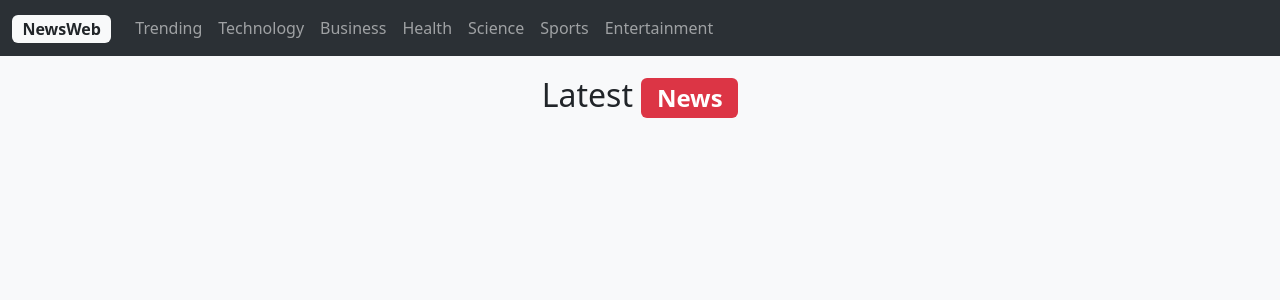
Repository: Abhilash2909/NewsWeb
Page: /
The author's editor kept a copy of each file at every save. The page is drawn from the files as they stood at one save, then again after the next save.
The browser window is 1280 px wide. The pictures show the whole page.
The page's requests for data from a server got no answer. The project was rebuilt for these pictures with package versions that can differ from the ones it lists, and the page was loaded fresh each time. No one was signed in, and anything a server would have sent is missing. Also part of the build but not shown: vite.config.js, src/Components/NewsItem.jsx, src/App.css.

Above is the page before, as saved 2024-05-22 23:31:09.

### index.html
<!doctype html>
<html lang="en">
  <head>
    <meta charset="UTF-8" />
    <link href="https://cdn.jsdelivr.net/npm/bootstrap@5.3.3/dist/css/bootstrap.min.css" rel="stylesheet" integrity="sha384-QWTKZyjpPEjISv5WaRU9OFeRpok6YctnYmDr5pNlyT2bRjXh0JMhjY6hW+ALEwIH" crossorigin="anonymous">
    <meta name="viewport" content="width=device-width, initial-scale=1.0" />
    <title>News Web</title>
  </head>
  <body>
    <div id="root"></div>
    <script type="module" src="/src/main.jsx"></script>
    <script src="https://cdn.jsdelivr.net/npm/bootstrap@5.3.3/dist/js/bootstrap.bundle.min.js" integrity="sha384-YvpcrYf0tY3lHB60NNkmXc5s9fDVZLESaAA55NDzOxhy9GkcIdslK1eN7N6jIeHz" crossorigin="anonymous"></script>
  </body>
</html>

### src/main.jsx
import React from 'react'
import ReactDOM from 'react-dom/client'
import App from './App.jsx'
import './index.css';
import './App.css';

ReactDOM.createRoot(document.getElementById('root')).render(
  <React.StrictMode>
    <App />
  </React.StrictMode>
)

### src/App.jsx
import { useState } from "react"
import Navbar from "./Components/Navbar"
import NewsBoard from "./Components/NewsBoard"

const App = () => {
  const [category, setCategory] = useState("general")
  return (
    <>
      <Navbar setCategory={setCategory}/>
      <NewsBoard category={category}/>
    </>
  )
}

export default App

### src/index.css
body {
    background-color: #f8f9fa;
    color: #212529;
    margin: 0; /* Ensure the body takes up the full height and has no overflow */
    padding: 0;
    box-sizing: border-box;
    height: 100%;
    overflow-x: hidden;
}

.navbar {
    margin-bottom: 20px;
}

.news-feed {
    display: flex;
    flex-wrap: wrap;
    justify-content: center;
}

.card {
    margin: 10px;
    transition: transform 0.2s ease-in-out;
}

.card:hover {
    transform: scale(1.05);
}

.news-card {
    max-width: 345px;
    min-height: 450px;
    display: flex;
    flex-direction: column;
    justify-content: space-between;
}

.news-card img {
    height: 200px;
    width: 100%;
    object-fit: cover;
}

.news-card .card-body {
    display: flex;
    flex-direction: column;
    justify-content: space-between;
}

.news-card .card-text {
    flex-grow: 1;
}

/* New CSS added */
.news-grid {
    display: grid;
    grid-template-columns: repeat(auto-fill, minmax(345px, 1fr));
    gap: 16px;
    justify-items: center;
    padding: 16px;
}

/* Ensure the html and root div take up the full height */
html, #root {
    height: 100%;
}

### src/Components/Navbar.jsx

// const Navbar = ({setCategory}) => {
//   return (

//     <nav className="navbar navbar-expand-lg bg-body-tertiary" data-bs-theme="dark">

//   <div className="container-fluid">

//     <a className="navbar-brand" href="#"><span className="badge bg-light text-dark fs-6">NewsWeb</span></a>

//     <button className="navbar-toggler" type="button" data-bs-toggle="collapse" data-bs-target="#navbarNav" aria-controls="navbarNav" aria-expanded="false" aria-label="Toggle navigation">
//       <span className="navbar-toggler-icon"></span>
//     </button>


//     {/* <div className="collapse navbar-collapse" id="navbarNav"> */}
//       <ul className="navbar-nav">
//         <li className="nav-item">
//           {/* <div className="nav-link" href="#" onClick={()=>setCategory("technology")}>Technology</div> */}
//           {/* <a className="navbar-brand" href="#"><span className="badge bg-light text-dark fs-6">Technology</span></a> */}
//           <a className="nav-link" onClick={()=>setCategory("Technology")}>Technology</a>
//         </li>
//         <li className="nav-item">
//           {/* <div className="nav-link" onClick={()=>setCategory("business")}>Business</div> */}
//           {/* <a className="navbar-brand" href="#"><span className="badge bg-light text-dark fs-6">Business</span></a> */}
//           <a className="nav-link" onClick={()=>setCategory("Business")}>Business</a>
//         </li>

//         <li className="nav-item">
//           {/* <div className="nav-link" onClick={()=>setCategory("health")}>Health</div> */}
//           <a className="nav-link" onClick={()=>setCategory("health")}>Health</a>
//         </li>

//         <li className="nav-item">
//           {/* <div className="nav-link" onClick={()=>setCategory("science")}>Science</div> */}
//           {/* <a className="navbar-brand" href="#"><span className="badge bg-light text-dark fs-6">Science</span></a> */}
//           <a className="nav-link" onClick={()=>setCategory("Science")}>Science</a>
//         </li>

//         {/* <li className="nav-item"> */}
//           {/* <div className="nav-link" onClick={()=>setCategory("sports")}>Sports</div> */}
//           {/* <a className="navbar-brand" href="#"><span className="badge bg-light text-dark fs-6">Sports</span></a> */}
//           <a className="nav-link" onClick={()=>setCategory("Sports")}>Sports</a>
//         {/* </li> */}

//         {/* <li className="nav-item"> */}
//           {/* <div className="nav-link" onClick={()=>setCategory("entertainment")}>Entertainment</div> */}
//           {/* <a className="navbar-brand" href="#"><span className="badge bg-light text-dark fs-6">Entertainment</span></a> */}
//           <a className="nav-link" onClick={()=>setCategory("Entertainment")}>Entertainment</a>
//         {/* </li> */}



//       </ul>
//     </div>
//   {/* </div> */}

// </nav>
//   )
// }

// export default Navbar



const Navbar = ({ setCategory }) => {
  return (
    <nav className="navbar navbar-expand-lg bg-body-tertiary" data-bs-theme="dark">
      <div className="container-fluid">
        <a className="navbar-brand" href="#"><span className="badge bg-light text-dark fs-6">NewsWeb</span></a>
        <button className="navbar-toggler" type="button" data-bs-toggle="collapse" data-bs-target="#navbarNav" aria-controls="navbarNav" aria-expanded="false" aria-label="Toggle navigation">
          <span className="navbar-toggler-icon"></span>
        </button>
        <div className="collapse navbar-collapse" id="navbarNav">
          <ul className="navbar-nav">
            <li className="nav-item">
              <div className="nav-link" onClick={() => setCategory("trending")}>Trending</div>
            </li>
            <li className="nav-item">
              <div className="nav-link" onClick={() => setCategory("technology")}>Technology</div>
            </li>
            <li className="nav-item">
              <div className="nav-link" onClick={() => setCategory("business")}>Business</div>
            </li>
            <li className="nav-item">
              <div className="nav-link" onClick={() => setCategory("health")}>Health</div>
            </li>
            <li className="nav-item">
              <div className="nav-link" onClick={() => setCategory("science")}>Science</div>
            </li>
            <li className="nav-item">
              <div className="nav-link" onClick={() => setCategory("sports")}>Sports</div>
            </li>
            <li className="nav-item">
              <div className="nav-link" onClick={() => setCategory("entertainment")}>Entertainment</div>
            </li>
          </ul>
        </div>
      </div>
    </nav>
  );
}

export default Navbar;

### src/Components/NewsBoard.jsx
// import { useEffect, useState } from "react";
// import NewsItem from "./NewsItem";

// const NewsBoard = ({ category }) => {
//     const [articles, setArticles] = useState([]);

//     useEffect(() => {
//         let url = `https://newsapi.org/v2/top-headlines?country=in&category=${category}&apiKey=${import.meta.env.VITE_API_KEY}`;
//         fetch(url).then(response => response.json()).then(data => setArticles(data.articles));
//     }, [category]);

//     return (
//         <div>
//             <h2 className="text-center">Latest <span className="badge bg-danger">News</span></h2>
//             <div className="news-grid">
//                 {articles.map((news, index) => {
//                     return <NewsItem key={index} title={news.title} description={news.description} src={news.urlToImage} url={news.url} />
//                 })}
//             </div>
//         </div>
//     );
// }

// export default NewsBoard;





import React from 'react';
import NewsList from './NewsList';

const NewsBoard = ({ category }) => {
    return (
        <div>
            <h2 className="text-center">Latest <span className="badge bg-danger">News</span></h2>
            <NewsList category={category} />
        </div>
    );
}

export default NewsBoard;

### src/Components/NewsList.jsx
import { useEffect, useState } from 'react';
import NewsItem from './NewsItem';

const NewsList = ({ category }) => {
    const [articles, setArticles] = useState([]);

    useEffect(() => {
        const fetchNews = async () => {
            try {
                const url = `https://newsapi.org/v2/top-headlines?country=in&category=${category}&apiKey=${import.meta.env.VITE_API_KEY}`;
                const response = await fetch(url);
                const data = await response.json();
                setArticles(data.articles);
            } catch (error) {
                console.error("Error fetching news:", error);
            }
        };

        fetchNews();
    }, [category]);

    return (
        <div className="news-grid">
            {articles.map((news, index) => (
                <NewsItem
                    key={index}
                    title={news.title}
                    description={news.description}
                    src={news.urlToImage}
                    url={news.url}
                />
            ))}
        </div>
    );
}

export default NewsList;

After the next save:
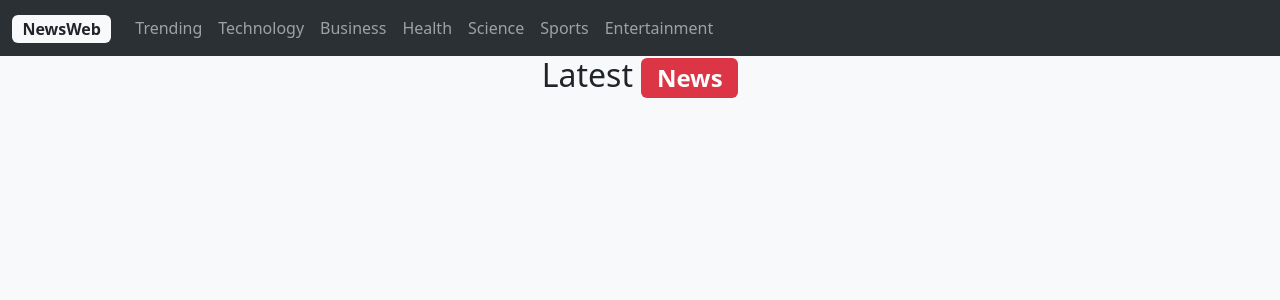
Saved 12 s later.
--- a/src/index.css
+++ b/src/index.css
@@ -8,9 +8,9 @@ body {
     overflow-x: hidden;
 }
 
-.navbar {
+/* .navbar {
     margin-bottom: 20px;
-}
+} */
 
 .news-feed {
     display: flex;
